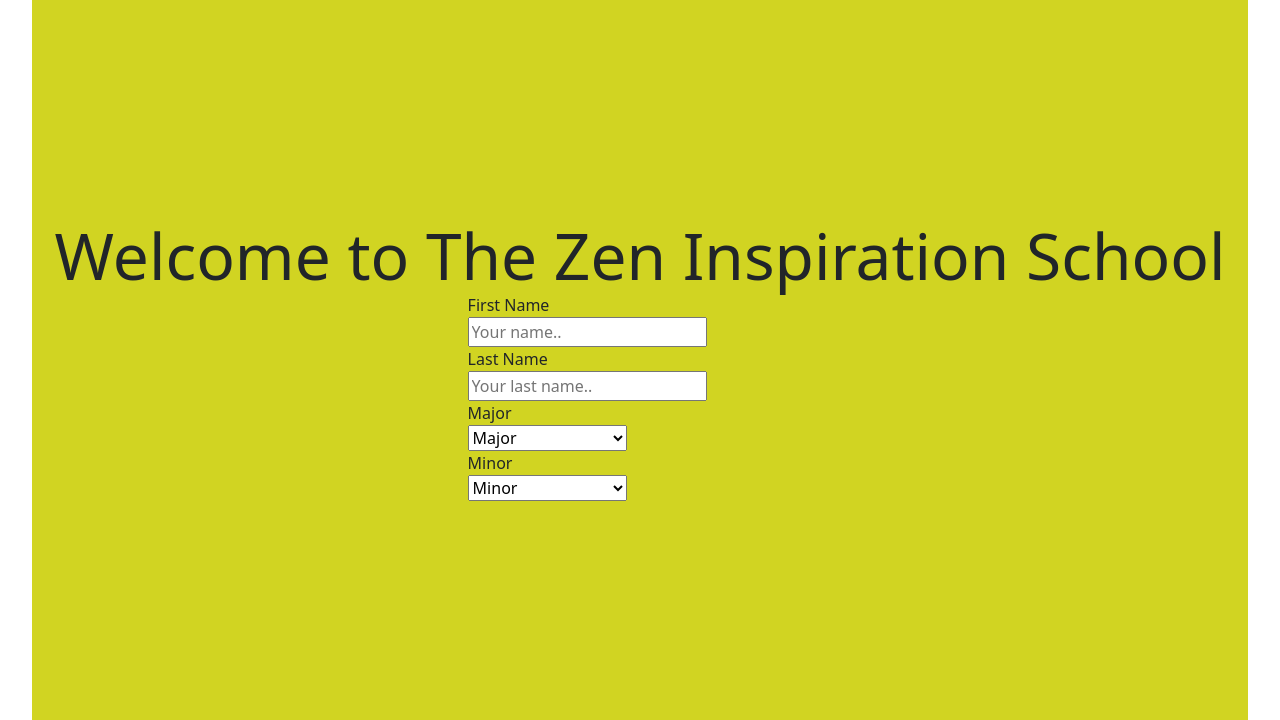
Repository: collegedude9300/zenschool
Page: /GenEd
The author's editor kept a copy of each file at every save. The page is drawn from the files as they stood at one save, then again after the next save.
The browser window is 1280 px wide. The pictures show the whole page.
The project was rebuilt for these pictures with package versions that can differ from the ones it lists, and the page was loaded fresh each time. The framework's server and built-in components were replaced by stand-ins that run in the browser. Also part of the build but not shown: next.config.js.

Above is the page before, as saved 2022-10-27 15:39:26.

After the next save:
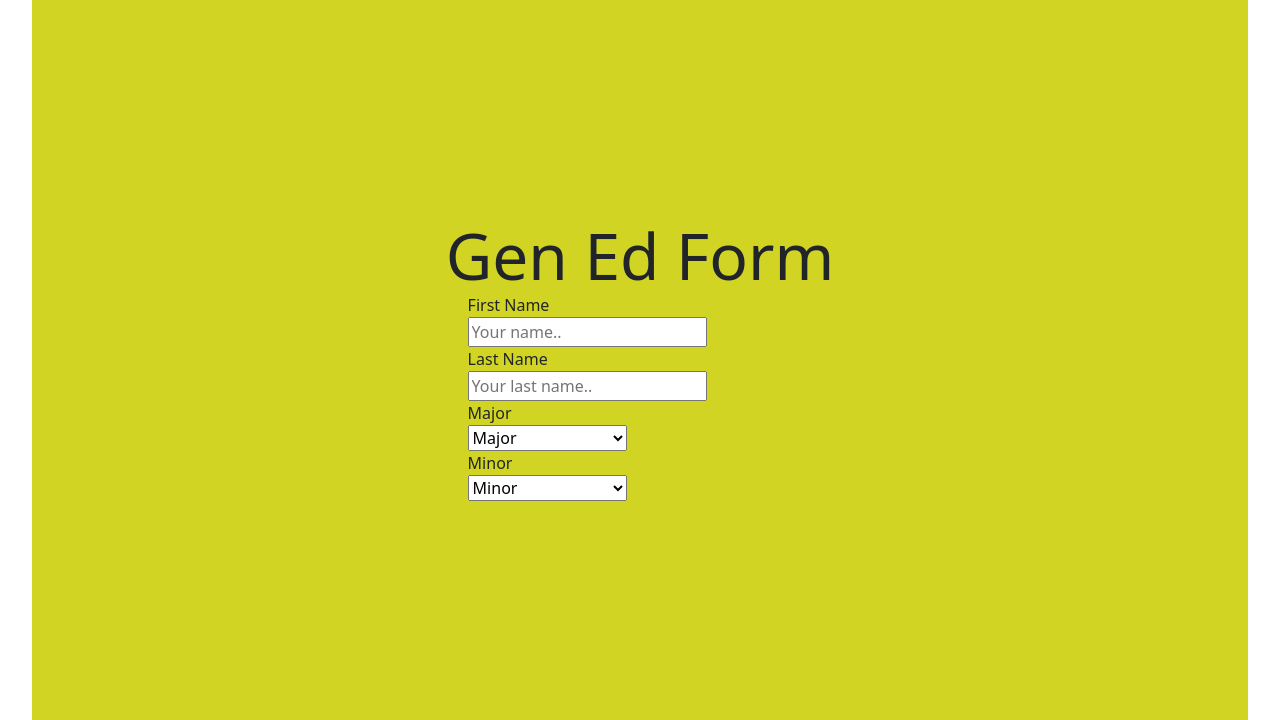
Saved 6 min 7 s later.
--- a/pages/GenEd.js
+++ b/pages/GenEd.js
@@ -4,7 +4,8 @@ import styles from '../styles/Home.module.css'
 import 'bootstrap/dist/css/bootstrap.css'
 export default function GenEd() {
 return  (
-// class form
+
+
 <div className={styles.container}>
 <Head>
 <title>Gen Ed Form</title>
@@ -13,7 +14,7 @@ return  (
 </Head>
 <main className={styles.main}>
 <h1 className={styles.title}>
-Welcome to The Zen Inspiration School
+Gen Ed Form
 </h1>
 <div className={styles.grid}>
 <div className="container">
